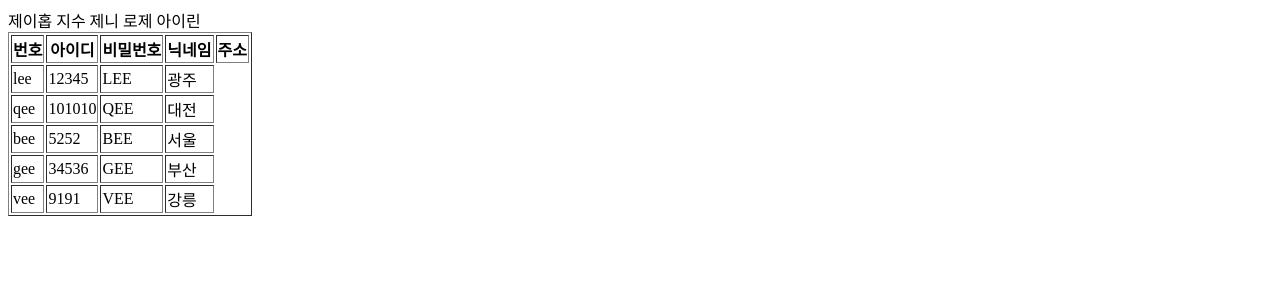
Repository: lee010207/HTML-CSS-JS
Page: http://localhost/EL_JSTL/JSTL_Final.jsp
These files come from the project's save history. The page is drawn as it stood at one moment and after the next save; the edit follows.
The browser window is 1280 px wide. The pictures show the whole page.
The page is served by Tomcat 9.

Above is the page before, as saved 2023-09-04 00:39:13.

### 04. Server/EL_JSTL/src/main/webapp/JSTL_Final.jsp
<%@page import="com.MemberDTO"%>
<%@page import="java.util.ArrayList"%>
<%@ page language="java" contentType="text/html; charset=EUC-KR"
    pageEncoding="EUC-KR"%>

<%-- 태그 라이브러리를 추가하겠다고 지시자를 추가해줘야 함 -> JSTL 사용가능 --%>
<%@ taglib prefix="c" uri="http://java.sun.com/jsp/jstl/core"%>
<!DOCTYPE html>
<html>
<head>
<meta charset="EUC-KR">
<title>Insert title here</title>
</head>
<body>

	<%
		ArrayList<String> idol = new ArrayList<String>();
		idol.add("제이홉");
		idol.add("지수");
		idol.add("제니");
		idol.add("로제");
		idol.add("아이린");
		pageContext.setAttribute("idol", idol);

	%>
	<c:forEach items="${idol }" var="name">
		${name}
	</c:forEach>
	<br>
	<%
		MemberDTO dto1 = new MemberDTO("lee", "12345","LEE","광주");
		MemberDTO dto2 = new MemberDTO("qee", "101010","QEE","대전");
		MemberDTO dto3 = new MemberDTO("bee", "5252","BEE","서울");
		MemberDTO dto4 = new MemberDTO("gee", "34536","GEE","부산");
		MemberDTO dto5 = new MemberDTO("vee", "9191","VEE","강릉");

		ArrayList<MemberDTO> list = new ArrayList<MemberDTO>();
		list.add(dto1);
		list.add(dto2);
		list.add(dto3);
		list.add(dto4);
		list.add(dto5);

		pageContext.setAttribute("list", list);

	%>

	<table border="1px">
		<tr>
			<th>번호</th>
			<th>아이디</th>
			<th>비밀번호</th>
			<th>닉네임</th>
			<th>주소</th>
		</tr>
		<c:set var="num" value="1" />
		<c:forEach items="${list }" var="info">

			<tr>
			<td>${info.id}</td>
			<td>${info.pw}</td>
			<td>${info.nick}</td>
			<td>${info.addr}</td>
			</tr>
		</c:forEach>
	</table>

</body>
</html>

### 04. Server/EL_JSTL/src/main/java/com/MemberDTO.java
package com;

public class MemberDTO {
	private String id;
	private String pw;
	private String nick;
	private String addr;


	public String getId() {
		return id;
	}
	public String getPw() {
		return pw;
	}
	public String getNick() {
		return nick;
	}
	public String getAddr() {
		return addr;
	}
	public void setId(String id) {
		this.id = id;
	}
	public void setPw(String pw) {
		this.pw = pw;
	}
	public void setNick(String nick) {
		this.nick = nick;
	}
	public void setAddr(String addr) {
		this.addr = addr;
	}
	public MemberDTO(String id, String pw, String nick, String addr) {

		this.id = id;
		this.pw = pw;
		this.nick = nick;
		this.addr = addr;
	}



}

After the next save:
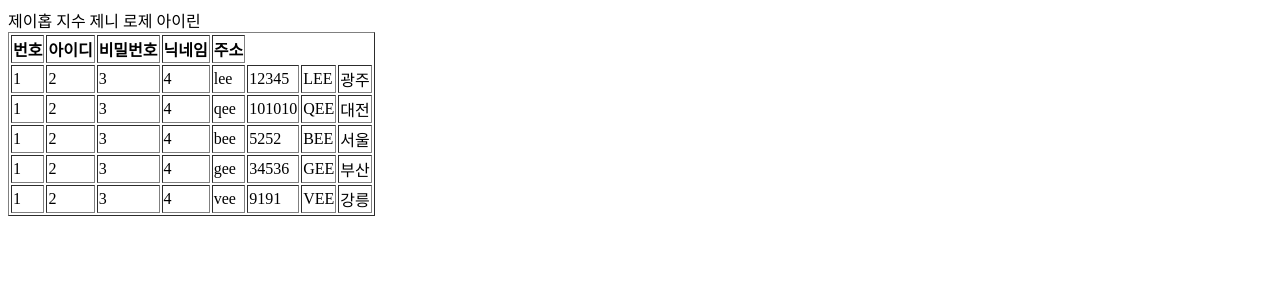
Saved 3 min 21 s later.
--- a/04. Server/EL_JSTL/src/main/webapp/JSTL_Final.jsp
+++ b/04. Server/EL_JSTL/src/main/webapp/JSTL_Final.jsp
@@ -53,10 +53,13 @@
 			<th>닉네임</th>
 			<th>주소</th>
 		</tr>
-		<c:set var="num" value="1" />
+
 		<c:forEach items="${list }" var="info">
+			<tr>
+			<c:forEach var="num" begin="1" end="4" step="1">
+			<td>${num }</td>
+			</c:forEach>
 
-			<tr>
 			<td>${info.id}</td>
 			<td>${info.pw}</td>
 			<td>${info.nick}</td>
